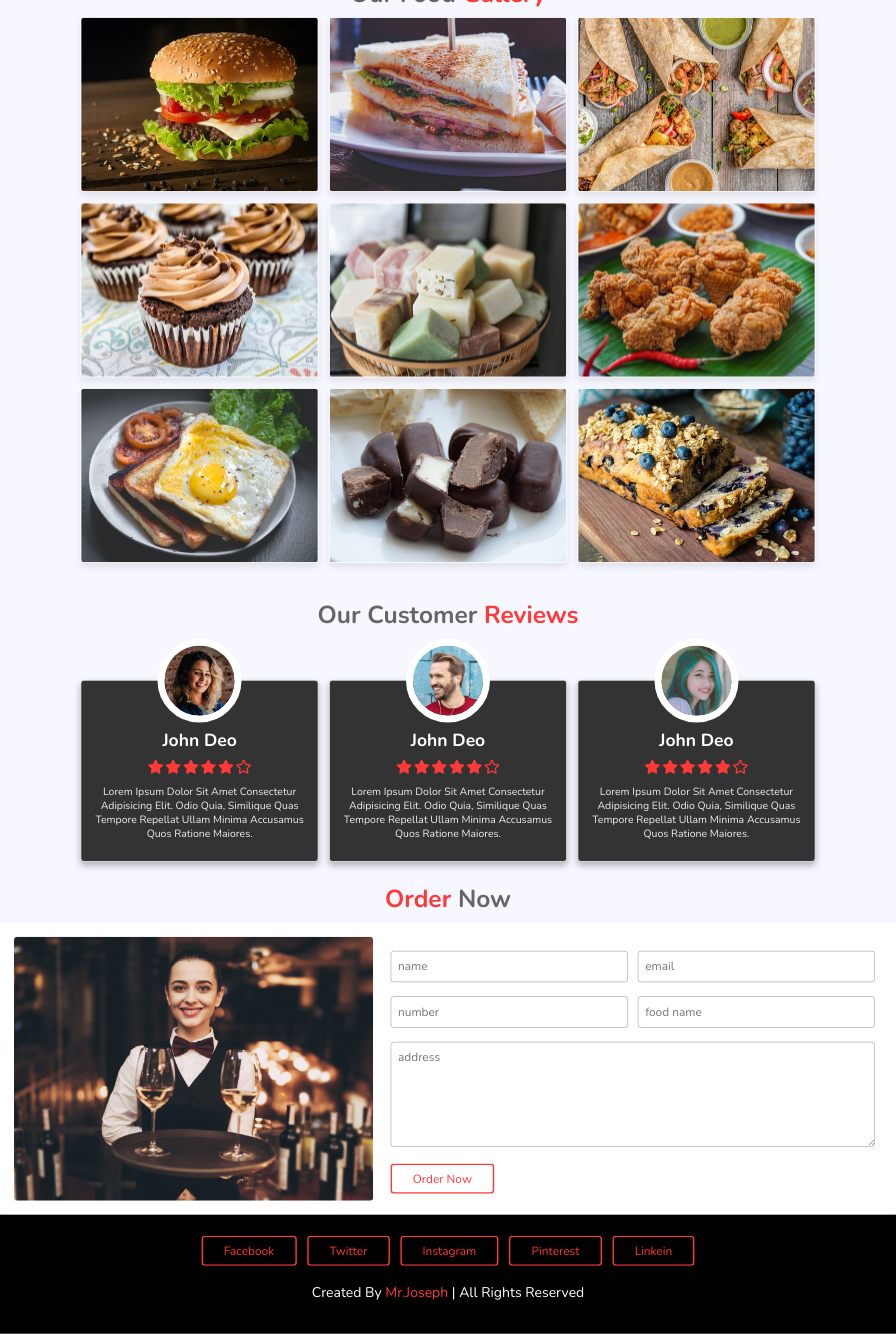
Repository: ManhTanVN/food
Page: index.html
These files come from the project's save history. The page is drawn as it stood at one moment and after the next save; the edit follows.
The browser window is 1280 px wide. The pictures show the part of the page from y = 2765 to 4685 px (the page is 4671 px tall before and 4685 px after), at 70% of full size.
The style sheet was rebuilt from its Sass, Less or Tailwind sources for each picture, by a compiler version that may differ from the author's.

Above is the page before, as saved 2021-08-29 21:57:06.

### index.html
<!DOCTYPE html>
<html lang="en">
<head>
    <meta charset="UTF-8">
    <meta http-equiv="X-UA-Compatible" content="IE=edge">
    <meta name="viewport" content="width=device-width, initial-scale=1.0">
    <title>Document</title>
    <!-- font awe-some CDN -->
    <link rel="stylesheet" href="https://cdnjs.cloudflare.com/ajax/libs/font-awesome/5.15.4/css/all.min.css">

    <!-- custom css -->
    <link rel="stylesheet" href="./assets/css/style.css">
</head>
<body>
    <!-- header section start -->
    <header>
        <a href="#" class="logo"><i class="fas fa-utensils"></i>food</a>
        <div id="menu-bar" class="fas fa-bars"></div>
        <nav class="navbar">
            <a href="#home">home</a>
            <a href="#speciality">speciality</a>
            <a href="#popular">popular</a>
            <a href="#gallery">gallery</a>
            <a href="#review">review</a>
            <a href="#order">order</a>
        </nav>
    </header>
    <!-- header section end -->

    <!-- home section starts -->
    <section class="home" id="home">
        <div class="home__content">
            <h3>food made with love</h3>
            <p>Lorem ipsum dolor sit amet, consectetur adipisicing elit. Corrupti inventore error fugit alias sapiente, eveniet minima impedit repellendus, itaque beatae porro ullam nobis, vero assumenda quod quibusdam consequuntur provident! Error!</p>
            <a href="#" class="btn">order now</a>
        </div>
        <div class="home__image">
            <img src="./assets/images/home-img.png" alt="">
        </div>


    </section>
    <!-- home section ends -->

    <!-- speciality section starts -->
    <section class="speciality" id="speciality">
        <h1 class="heading">our <span>speciality</span></h1>
        <div class="box-container">
            <div class="box">
                <img class="box__image" src="./assets/images/s-img-1.jpg" alt="">
                <div class="box__content">
                    <img src="./assets/images/s-1.png" alt="">
                    <h3>tasty burger</h3>
                    <p>Lorem ipsum dolor sit amet consectetur adipisicing elit. Voluptatibus nam ratione, veniam esse illo vitae alias adipisci reiciendis sunt minus?</p>
                </div>
            </div>
            <div class="box">
                <img class="box__image" src="./assets/images/s-img-2.jpg" alt="">
                <div class="box__content">
                    <img src="./assets/images/s-2.png" alt="">
                    <h3>tasty pizza</h3>
                    <p>Lorem ipsum dolor sit amet consectetur adipisicing elit. Voluptatibus nam ratione, veniam esse illo vitae alias adipisci reiciendis sunt minus?</p>
                </div>
            </div>
            <div class="box">
                <img class="box__image" src="./assets/images/s-img-3.jpg" alt="">
                <div class="box__content">
                    <img src="./assets/images/s-3.png" alt="">
                    <h3>cold ice-cream</h3>
                    <p>Lorem ipsum dolor sit amet consectetur adipisicing elit. Voluptatibus nam ratione, veniam esse illo vitae alias adipisci reiciendis sunt minus?</p>
                </div>
            </div>
            <div class="box">
                <img class="box__image" src="./assets/images/s-img-4.jpg" alt="">
                <div class="box__content">
                    <img src="./assets/images/s-4.png" alt="">
                    <h3>drinks</h3>
                    <p>Lorem ipsum dolor sit amet consectetur adipisicing elit. Voluptatibus nam ratione, veniam esse illo vitae alias adipisci reiciendis sunt minus?</p>
                </div>
            </div>
            <div class="box">
                <img class="box__image" src="./assets/images/s-img-5.jpg" alt="">
                <div class="box__content">
                    <img src="./assets/images/s-5.png" alt="">
                    <h3>tasty sweets</h3>
                    <p>Lorem ipsum dolor sit amet consectetur adipisicing elit. Voluptatibus nam ratione, veniam esse illo vitae alias adipisci reiciendis sunt minus?</p>
                </div>
            </div>
            <div class="box">
                <img class="box__image" src="./assets/images/s-img-6.jpg" alt="">
                <div class="box__content">
                    <img src="./assets/images/s-6.png" alt="">
                    <h3>healthy breakfast</h3>
                    <p>Lorem ipsum dolor sit amet consectetur adipisicing elit. Voluptatibus nam ratione, veniam esse illo vitae alias adipisci reiciendis sunt minus?</p>
                </div>
            </div>
        </div>
    </section>
    <!-- speciality section ends -->

    <!-- popular section starts -->
    <section class="popular" id="popular">
        <h1 class="heading">most <span>popular</span> foods</h1>
        <div class="box-container">
            <div class="box">
                <span class="box__price"> $5 - $20 </span>
                <img src="./assets/images/p-1.jpg" alt="">
                <h3>tasty burger</h3>
                <div class="box__star">
                    <i class="fas fa-star"></i>
                    <i class="fas fa-star"></i>
                    <i class="fas fa-star"></i>
                    <i class="fas fa-star"></i>
                    <i class="far fa-star"></i>
                </div>
                <a href="#" class="btn">order now</a>
            </div>
            <div class="box">
                <span class="box__price"> $5 - $20 </span>
                <img src="./assets/images/p-2.jpg" alt="">
                <h3>tasty cakes</h3>
                <div class="box__star">
                    <i class="fas fa-star"></i>
                    <i class="fas fa-star"></i>
                    <i class="fas fa-star"></i>
                    <i class="fas fa-star"></i>
                    <i class="far fa-star"></i>
                </div>
                <a href="#" class="btn">order now</a>
            </div>
            <div class="box">
                <span class="box__price"> $5 - $20 </span>
                <img src="./assets/images/p-3.jpg" alt="">
                <h3>tasty sweets</h3>
                <div class="box__star">
                    <i class="fas fa-star"></i>
                    <i class="fas fa-star"></i>
                    <i class="fas fa-star"></i>
                    <i class="fas fa-star"></i>
                    <i class="far fa-star"></i>
                </div>
                <a href="#" class="btn">order now</a>
            </div>
            <div class="box">
                <span class="box__price"> $5 - $20 </span>
                <img src="./assets/images/p-4.jpg" alt="">
                <h3>tasty cupcakes</h3>
                <div class="box__star">
                    <i class="fas fa-star"></i>
                    <i class="fas fa-star"></i>
                    <i class="fas fa-star"></i>
                    <i class="fas fa-star"></i>
                    <i class="far fa-star"></i>
                </div>
                <a href="#" class="btn">order now</a>
            </div>
            <div class="box">
                <span class="box__price"> $5 - $20 </span>
                <img src="./assets/images/p-5.jpg" alt="">
                <h3>cold drinks</h3>
                <div class="box__star">
                    <i class="fas fa-star"></i>
                    <i class="fas fa-star"></i>
                    <i class="fas fa-star"></i>
                    <i class="fas fa-star"></i>
                    <i class="far fa-star"></i>
                </div>
                <a href="#" class="btn">order now</a>
            </div>
            <div class="box">
                <span class="box__price"> $5 - $20 </span>
                <img src="./assets/images/p-6.jpg" alt="">
                <h3>cold ice-cream</h3>
                <div class="box__star">
                    <i class="fas fa-star"></i>
                    <i class="fas fa-star"></i>
                    <i class="fas fa-star"></i>
                    <i class="fas fa-star"></i>
                    <i class="far fa-star"></i>
                </div>
                <a href="#" class="btn">order now</a>
            </div>
        </div>

    </section>
    <!-- popular section ends -->

    <!-- Step section starts -->
    <section class="steps">
        <div class="box">
            <img src="./assets/images/step-1.jpg" alt="">
            <h3>choose your favorite food</h3>
        </div>
        <div class="box">
            <img src="./assets/images/step-2.jpg" alt="">
            <h3>free and fast delivery</h3>
        </div>
        <div class="box">
            <img src="./assets/images/step-3.jpg" alt="">
            <h3>easy payments methods</h3>
        </div>
        <div class="box">
            <img src="./assets/images/step-4.jpg" alt="">
            <h3>and finally, enjoy your food</h3>
        </div>
    </section>
    <!-- Step section ends -->

    <!-- Gallery section starts -->
    <section class="gallery" id="gallery">
        <h1 class="heading">our food <span>gallery</span></h1>
        <div class="box-container">
            <div class="box">
                <img src="./assets/images/g-1.jpg" alt="" class="box__image">
                <div class="box__content">
                    <h3>tasty food</h3>
                    <p>Lorem ipsum dolor sit amet consectetur adipisicing elit. At, quos.</p>
                    <a href="#" class="btn">order now</a>
                </div>
            </div>
            <div class="box">
                <img src="./assets/images/g-2.jpg" alt="" class="box__image">
                <div class="box__content">
                    <h3>tasty food</h3>
                    <p>Lorem ipsum dolor sit amet consectetur adipisicing elit. At, quos.</p>
                    <a href="#" class="btn">order now</a>
                </div>
            </div>
            <div class="box">
                <img src="./assets/images/g-3.jpg" alt="" class="box__image">
                <div class="box__content">
                    <h3>tasty food</h3>
                    <p>Lorem ipsum dolor sit amet consectetur adipisicing elit. At, quos.</p>
                    <a href="#" class="btn">order now</a>
                </div>
            </div>
            <div class="box">
                <img src="./assets/images/g-4.jpg" alt="" class="box__image">
                <div class="box__content">
                    <h3>tasty food</h3>
                    <p>Lorem ipsum dolor sit amet consectetur adipisicing elit. At, quos.</p>
                    <a href="#" class="btn">order now</a>
                </div>
            </div>
            <div class="box">
                <img src="./assets/images/g-5.jpg" alt="" class="box__image">
                <div class="box__content">
                    <h3>tasty food</h3>
                    <p>Lorem ipsum dolor sit amet consectetur adipisicing elit. At, quos.</p>
                    <a href="#" class="btn">order now</a>
                </div>
            </div>
            <div class="box">
                <img src="./assets/images/g-6.jpg" alt="" class="box__image">
                <div class="box__content">
                    <h3>tasty food</h3>
                    <p>Lorem ipsum dolor sit amet consectetur adipisicing elit. At, quos.</p>
                    <a href="#" class="btn">order now</a>
                </div>
            </div>
            <div class="box">
                <img src="./assets/images/g-7.jpg" alt="" class="box__image">
                <div class="box__content">
                    <h3>tasty food</h3>
                    <p>Lorem ipsum dolor sit amet consectetur adipisicing elit. At, quos.</p>
                    <a href="#" class="btn">order now</a>
                </div>
            </div>
            <div class="box">
                <img src="./assets/images/g-8.jpg" alt="" class="box__image">
                <div class="box__content">
                    <h3>tasty food</h3>
                    <p>Lorem ipsum dolor sit amet consectetur adipisicing elit. At, quos.</p>
                    <a href="#" class="btn">order now</a>
                </div>
            </div>
            <div class="box">
                <img src="./assets/images/g-9.jpg" alt="" class="box__image">
                <div class="box__content">
                    <h3>tasty food</h3>
                    <p>Lorem ipsum dolor sit amet consectetur adipisicing elit. At, quos.</p>
                    <a href="#" class="btn">order now</a>
                </div>
            </div>
        </div>
    </section>
    <!-- Gallery section ends -->

    <!-- review section starts -->
    <section class="review" id="review">
        <h1 class="heading">our customer <span>reviews</span></h1>
        <div class="box-container">

            <div class="box">
                <img src="./assets/images/pic1.png" alt="" class="box__image">
                <h3>john deo</h3>
                <div class="stars">
                    <i class="fas fa-star"></i>
                    <i class="fas fa-star"></i>
                    <i class="fas fa-star"></i>
                    <i class="fas fa-star"></i>
                    <i class="fas fa-star"></i>
                    <i class="far fa-star"></i>
                </div>
                <p>Lorem ipsum dolor sit amet consectetur adipisicing elit. Odio quia, similique quas tempore repellat ullam minima accusamus quos ratione maiores.</p>
            </div>
            <div class="box">
                <img src="./assets/images/pic2.png" alt="" class="box__image">
                <h3>john deo</h3>
                <div class="stars">
                    <i class="fas fa-star"></i>
                    <i class="fas fa-star"></i>
                    <i class="fas fa-star"></i>
                    <i class="fas fa-star"></i>
                    <i class="fas fa-star"></i>
                    <i class="far fa-star"></i>
                </div>
                <p>Lorem ipsum dolor sit amet consectetur adipisicing elit. Odio quia, similique quas tempore repellat ullam minima accusamus quos ratione maiores.</p>
            </div>
            <div class="box">
                <img src="./assets/images/pic3.png" alt="" class="box__image">
                <h3>john deo</h3>
                <div class="stars">
                    <i class="fas fa-star"></i>
                    <i class="fas fa-star"></i>
                    <i class="fas fa-star"></i>
                    <i class="fas fa-star"></i>
                    <i class="fas fa-star"></i>
                    <i class="far fa-star"></i>
                </div>
                <p>Lorem ipsum dolor sit amet consectetur adipisicing elit. Odio quia, similique quas tempore repellat ullam minima accusamus quos ratione maiores.</p>
            </div>

        </div>
    </section>
    <!-- review section ends -->

    <!-- order section starts -->
    <div class="order" id="order">
        <h1 class="heading"><span>order </span>now</h1>

        <div class="row">
            <div class="row__image">
                <img src="./assets/images/order-img.jpg" alt="">
            </div>
            <form action="" class="row__form">
                <div class="inputBox">
                    <input type="text" placeholder="name">
                    <input type="email" placeholder="email">
                </div>
                <div class="inputBox">
                    <input type="number" placeholder="number">
                    <input type="text" placeholder="food name">
                </div>

                <textarea placeholder="address" name="" id="" cols="30" rows="10"></textarea>

                <input type="submit" value="order now" class="btn">

            </form>
        </div>
    </div>
    <!-- order section ends -->

    <!-- footer section starts -->
    <section class="footer">
        <div class="share">
            <a href="#" class="btn">facebook</a>
            <a href="#" class="btn">twitter</a>
            <a href="#" class="btn">instagram</a>
            <a href="#" class="btn">pinterest</a>
            <a href="#" class="btn">linkein</a>
        </div>

        <h1 class="credit">created by <span> mr.Joseph </span>| all rights reserved</h1>
    </section>
    <!-- footer section ends -->

    <!-- scroll top button -->
    <a href="#home" class="fas fa-angle-up" id="scroll-top"></a>
    <!-- <i class="fas fa-angle-up"></i> -->
    <!-- scroll top button -->

<!-- custom js -->
<script src="./assets/js/main.js"></script>
<!-- custom js -->
</body>
</html>

### sass/style.scss
@import url('https://fonts.googleapis.com/css2?family=Nunito:wght@200;300;400;600;700&display=swap');
@import './mixin';
@import './variables';
@import './animation';
@import './base';
@import './header';
@import './menu-bar';
@import './home';
@import './btn';
@import './speciality';
@import './popular';
@import './steps';
@import './gallery';
@import './review';
@import './order';
@import './footer';
@import './scroll-button';

@import './_media';

### sass/_mixin.scss
@mixin responsive($breakpoint) {
    @if $breakpoint == tablet {
        @media (max-width:991px) {@content}
    };

    @if $breakpoint == phone {
        @media (max-width: 768px) {@content}
    };

    @if $breakpoint == small {
        @media (max-width: 450px) {@content}
    };
}

### sass/_variables.scss
$color-red: #ff3838;

### sass/_animation.scss
@keyframes float {
    0%, 100% {
        transform: translateY(0rem)
    };

    50% {
        transform: translateY(03rem)
    }
}

### sass/_base.scss
* {
    font-family: 'Nunito', sans-serif;
    padding: 0; margin: 0;
    box-sizing: border-box;
    border: 0; outline: none;
    text-transform: capitalize;
    text-decoration: none;
    transition: all .2s linear;
}

*::selection {
    background: $color-red;
    color: #fff;
}

html {
    font-size: 62.5%;
    overflow-x: hidden;
    scroll-behavior: smooth;
    scroll-padding-top: 6rem;
    @include responsive (tablet) {
        font-size: 55%;
    }

    @include responsive (small) {
        font-size: 50%;

    }
}

body {
    background: #f7f7ff;
}

section {
    padding: 2rem 9%;
    @include responsive (tablet){
        padding: 2rem;
    }
}

### sass/_menu-bar.scss
#menu-bar {
    font-size: 3rem;
    cursor: pointer;
    color: #666;
    border: .1rem solid #666;
    border-radius: .3rem;
    padding: .5rem 1.5rem;
    display: none;

    @include responsive (phone) {
        display: initial;
    }

}

### sass/_home.scss
.home {
    display: flex;
    flex-wrap: wrap;
    gap: 1.5rem;
    min-height: 100vh;
    align-items: center;
    background: url(../assets/images/home-bg.jpg) no-repeat;
    // background: url(../assets/images/pic1.png);
    // background: gold;
    background-size: cover;
    background-position: center;

    &__content{
        flex: 1 1 40rem;
        padding-top: 6.5rem;

        & h3{
            font-size: 5rem;
            color: #333;
        }
        & p{
            font-size: 1.7rem;
            color: #666;
            padding: 1rem 0;
        }
    }
    &__image {
        flex: 1 1 40rem;

    }
    &__image img {
        width: 100%;
        padding: 1rem;
        animation: float 3s linear infinite;
    }
}

### sass/_btn.scss
.btn {
    display: inline-block;
    padding: .8rem 3rem;
    border: .2rem solid $color-red;
    color: $color-red;
    cursor: pointer;
    font-size: 1.7rem;
    border-radius: .5rem;
    position: relative;
    overflow: hidden;
    z-index: 0;
    margin-top: 1rem;
    &::after {
        content: "";
        position: absolute;
        top: 0;
        right: 0;
        width: 0;
        height: 100%;
        background: $color-red;
        transition: .2s linear;
        z-index: -1;
    }

    &:hover::after {
        width: 100%;
        left: 0;;
    }
    &:hover {
        color: #fff;
    }
}

### sass/_steps.scss
.steps {
    display: flex;
    flex-wrap: wrap;
    gap: 1.5rem;
    padding: 1rem;

    & .box {
        flex: 1 1 25rem;
        padding: 1rem;
        text-align: center;

        & img {
            border-radius: 50%;
            border: .1rem solid #fff;
            box-shadow: 0 .5rem 1rem rgba(0,0,0,.1);
        }

        & h3 {
            font-size: 3rem;
            color: #333;
            padding: 1rem;
        }
    }
}

### sass/_review.scss
.review{
    & .box-container {
        & .box {
            text-align: center;
            padding: 2rem;
            border: .1rem solid #fff;
            box-shadow: 0 .5rem 1rem rgba(0,0,0,.3);
            border-radius: .5rem;
            flex: 1 1 30rem;
            background: #333;
            margin-top: 6rem;
            &__image {
                width: 12rem;
                height: 12rem;
                border-radius: 50%;
                border: 1rem solid #fff;
                margin-top: -8rem;
                object-fit: cover;
            }

            & h3 {
                font-size: 2.5rem;
                color: #fff;
                padding: .5rem 0;
            }
            & .stars i {
                font-size: 2rem;
                color: $color-red;
                padding: .5rem 0;
            }

            & p {
                font-size: 1.5rem;
                color: #eee;
                padding: 1rem 0;
            }
        }
    }
}

### sass/_footer.scss
.footer {
    background: #000;
    text-align: center;

    & .share {
        display: flex;
        justify-content: center;
        gap: 1.5rem;
        flex-wrap: wrap;
    }

    & .credit {
        color: #fff;
        padding: 2.5rem 1rem;
        font-weight: normal;
        font-size: 2rem;
        & span {
            color: $color-red;
        }
    }
}

### sass/_scroll-button.scss
#scroll-top {
    position: fixed;
    top: -100%;
    right: 2rem;
    padding: .5rem 1rem;
    font-size: 4rem;
    background: $color-red;
    color: #fff;
    border-radius: .5rem;
}

### sass/__media.scss
@media (max-width: 991px) {
    html {
    }
    header {

    }
}

@media (max-width: 768px) {


    .menu-bar {

    }
}

Loaded but not shown: assets/js/main.js (12 lines, source omitted); sass/_order.scss (62 lines, source omitted); sass/_speciality.scss (66 lines, source omitted); sass/_header.scss (62 lines, source omitted); sass/_gallery.scss (44 lines, source omitted); sass/_popular.scss (43 lines, source omitted)

After the next save:
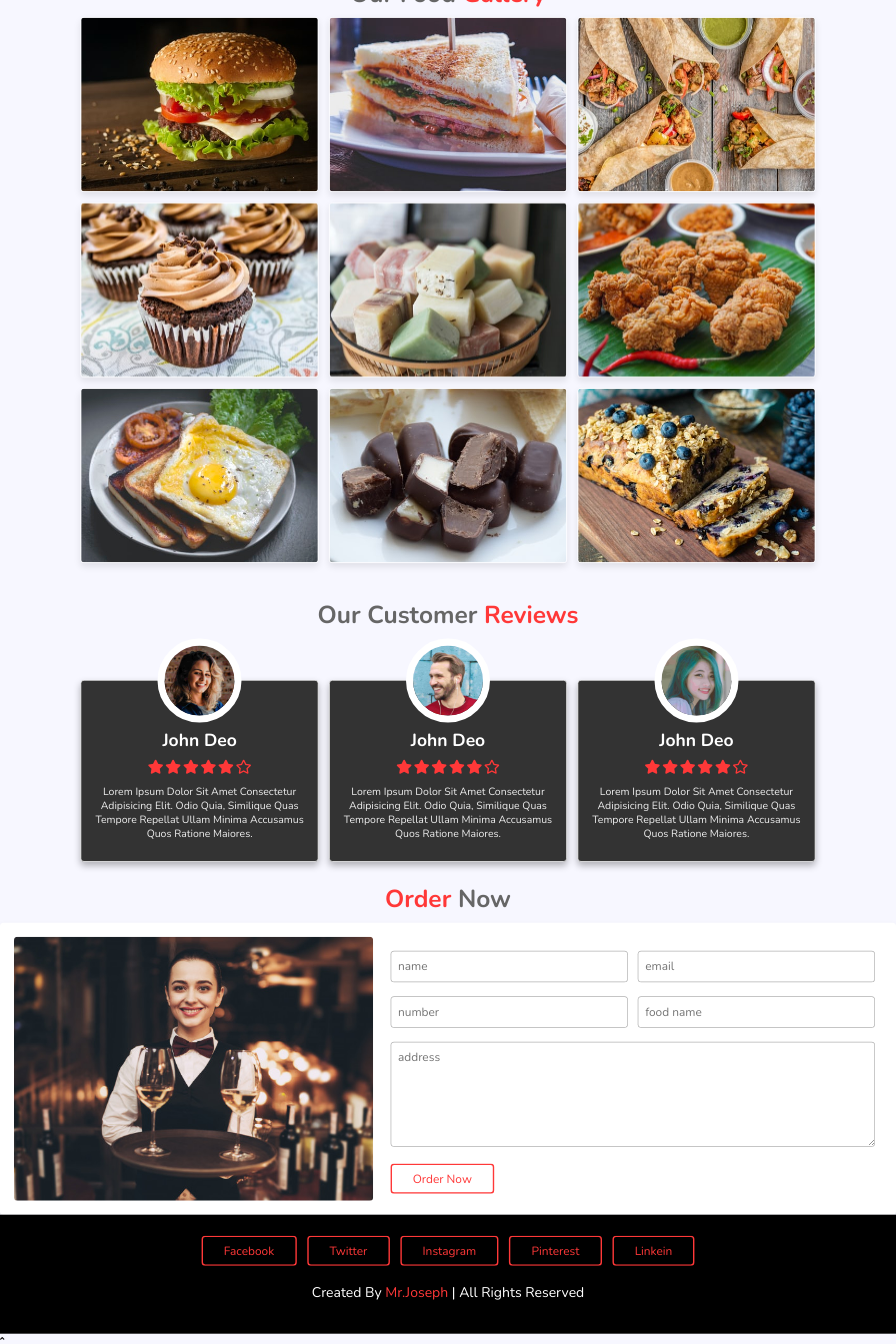
Saved 29 s later.
--- a/index.html
+++ b/index.html
@@ -378,7 +378,7 @@
 
     <!-- scroll top button -->
     <a href="#home" class="fas fa-angle-up" id="scroll-top"></a>
-    <!-- <i class="fas fa-angle-up"></i> -->
+    <i class="fas fa-angle-up"></i>
     <!-- scroll top button -->
 
 <!-- custom js -->
